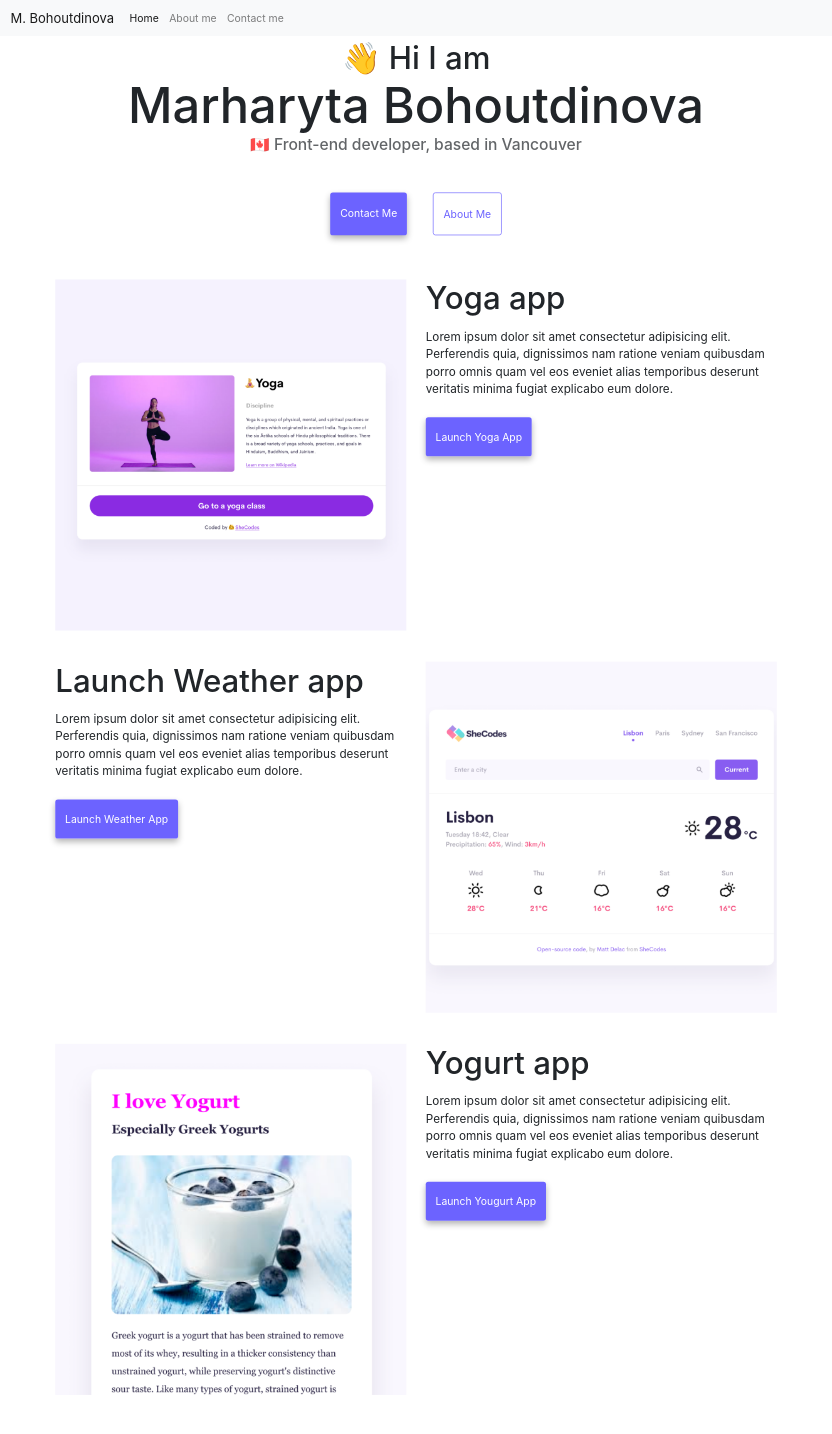
Repository: Bohoutdinova/Portfolio
Page: index.html
These files come from the project's save history. The page is drawn as it stood at one moment and after the next save; the edit follows.
The browser window is 1280 px wide. The pictures show the whole page, at 65% of full size.

Above is the page before, as saved 2022-08-09 16:12:35.

### index.html
<!DOCTYPE html>
<html lang="en">
  <head>
    <meta charset="UTF-8" />
    <meta http-equiv="X-UA-Compatible" content="IE=edge" />
    <meta name="viewport" content="width=device-width, initial-scale=1.0" />
    <title>Front-end developer Marharyta Bohoutdinova</title>
    <meta
      name="description"
      content="Marharyta Bohoutdinova is a front-end developer based in Canada, check out her projects and contact her for job inquiries"
    />
    <link
      rel="stylesheet"
      href="https://cdn.jsdelivr.net/npm/bootstrap@4.3.1/dist/css/bootstrap.min.css"
      integrity="sha384-ggOyR0iXCbMQv3Xipma34MD+dH/1fQ784/j6cY/iJTQUOhcWr7x9JvoRxT2MZw1T"
      crossorigin="anonymous"
    />
    <script
      src="https://code.jquery.com/jquery-3.3.1.slim.min.js"
      integrity="sha384-q8i/X+965DzO0rT7abK41JStQIAqVgRVzpbzo5smXKp4YfRvH+8abtTE1Pi6jizo"
      crossorigin="anonymous"
    ></script>
    <script
      src="https://cdn.jsdelivr.net/npm/popper.js@1.14.7/dist/umd/popper.min.js"
      integrity="sha384-UO2eT0CpHqdSJQ6hJty5KVphtPhzWj9WO1clHTMGa3JDZwrnQq4sF86dIHNDz0W1"
      crossorigin="anonymous"
    ></script>
    <script
      src="https://cdn.jsdelivr.net/npm/bootstrap@4.3.1/dist/js/bootstrap.min.js"
      integrity="sha384-JjSmVgyd0p3pXB1rRibZUAYoIIy6OrQ6VrjIEaFf/nJGzIxFDsf4x0xIM+B07jRM"
      crossorigin="anonymous"
    ></script>
    <link rel="stylesheet" href="/style.css" />
  </head>
  <body>
    <nav class="navbar navbar-expand-lg navbar-light bg-light fixed-top">
      <a class="navbar-brand" href="/index.html" title="Homepage"
        >M. Bohoutdinova</a
      >
      <button
        class="navbar-toggler"
        type="button"
        data-toggle="collapse"
        data-target="#navbarNavAltMarkup"
        aria-controls="navbarNavAltMarkup"
        aria-expanded="false"
        aria-label="Toggle navigation"
      >
        <span class="navbar-toggler-icon"></span>
      </button>
      <div class="collapse navbar-collapse" id="navbarNavAltMarkup">
        <div class="navbar-nav">
          <a
            class="nav-item nav-link active"
            href="/index.html"
            title="Homepage"
            >Home <span class="sr-only">(current)</span></a
          >
          <a
            class="nav-item nav-link"
            href="/about.html"
            title="About M. Bohoutdinova"
            >About me</a
          >
          <a
            class="nav-item nav-link"
            href="/about.html#contact"
            title="Contact with M. Bohoutdinova"
            >Contact me</a
          >
        </div>
      </div>
    </nav>
    <h2>👋 Hi I am</h2>
    <h1>Marharyta Bohoutdinova</h1>
    <h3>🇨🇦 Front-end developer, based in Vancouver</h3>
    <div class="navigation-links">
      <a
        href="about.html#contact"
        class="contact-link"
        title="Contact with M. Bohoutdinova"
        >Contact me</a
      >
      <a href="about.html" class="about-link" title="About M. Bohoutdinova"
        >About me</a
      >
    </div>
    <div class="container">
      <div class="row">
        <div class="col-md-6">
          <img src="/images/yoga.png" class="img-fluid" alt="Yoga" />
        </div>
        <div class="col-md-6">
          <h2 class="mb-3 yogaheader">Yoga app</h2>
          <p>
            Lorem ipsum dolor sit amet consectetur adipisicing elit. Perferendis
            quia, dignissimos nam ratione veniam quibusdam porro omnis quam vel
            eos eveniet alias temporibus deserunt veritatis minima fugiat
            explicabo eum dolore.
          </p>
          <div class="mt-5">
            <a href="#" class="yoga-link" title="Yoga App">Launch Yoga App</a>
          </div>
        </div>
      </div>
      <div class="row mt-5">
        <div class="col-md-6">
          <h2 class="mb-3 yogaheader">Launch Weather app</h2>
          <p>
            Lorem ipsum dolor sit amet consectetur adipisicing elit. Perferendis
            quia, dignissimos nam ratione veniam quibusdam porro omnis quam vel
            eos eveniet alias temporibus deserunt veritatis minima fugiat
            explicabo eum dolore.
          </p>
          <div class="mt-5">
            <a href="#" class="yoga-link" title="Weather App"
              >Launch Weather app</a
            >
          </div>
        </div>
        <div class="col-md-6">
          <img src="/images/weather.png" class="img-fluid" alt="Weather" />
        </div>
      </div>
      <div class="row mt-5">
        <div class="col-md-6">
          <img src="/images/yogurt.png" class="img-fluid" alt="Yogurt" />
        </div>
        <div class="col-md-6">
          <h2 class="mb-3 yogaheader">Yogurt app</h2>
          <p>
            Lorem ipsum dolor sit amet consectetur adipisicing elit. Perferendis
            quia, dignissimos nam ratione veniam quibusdam porro omnis quam vel
            eos eveniet alias temporibus deserunt veritatis minima fugiat
            explicabo eum dolore.
          </p>
          <div class="mt-5">
            <a href="#" class="yoga-link" title="Yougurt app"
              >Launch Yougurt app</a
            >
          </div>
        </div>
      </div>
    </div>
  </body>
</html>

### style.css
:root {
  --primary-color: #6c63ff;
  --secondary-color: #f5f2fe;
  --box-shadow: 0 5px 10px rgba(0, 0, 0, 0.3);
}

body {
  margin: 60px auto;
}

h1,
h2,
h3 {
  text-align: center;
  margin: 0;
}

h1 {
  font-size: 75px;
}

h2 {
  font-size: 48px;
}

h3 {
  font-size: 24px;
  opacity: 0.7;
}

p {
  border-radius: 4px;
  font-size: 18px;
  line-height: 1.5;
}

.navigation-links {
  display: flex;
  margin: 40px 0 48px 0;
  justify-content: center;
}

.navigation-links a {
  margin: 20px;
  border-radius: 4px;
  padding: 20px 15px;
  text-decoration: none;
  text-transform: capitalize;
}

.contact-link {
  background: var(--primary-color);
  box-shadow: var(--box-shadow);
  color: white;
}

.about-link {
  color: var(--primary-color);
  border: 1px solid var(--primary-color);
}

.homepage-link {
  color: var(--primary-color);
  text-align: center;
  display: block;
}

.about-paragraphs p {
  margin: 10px 30px;
  text-align: center;
}

.email-link {
  display: flex;
  justify-content: center;
  color: var(--primary-color);
  font-size: 28px;
  text-decoration: none;
}

.email-link:hover {
  text-decoration: underline;
}
.yogaheader {
  text-align: left;
  margin: 0;
}
.yoga-link {
  background: var(--primary-color);
  box-shadow: var(--box-shadow);
  color: white;
  border-radius: 4px;
  padding: 20px 15px;
  text-decoration: none;
  text-transform: capitalize;
}
.yoga-link:hover {
  text-decoration: none;
}

After the next save:
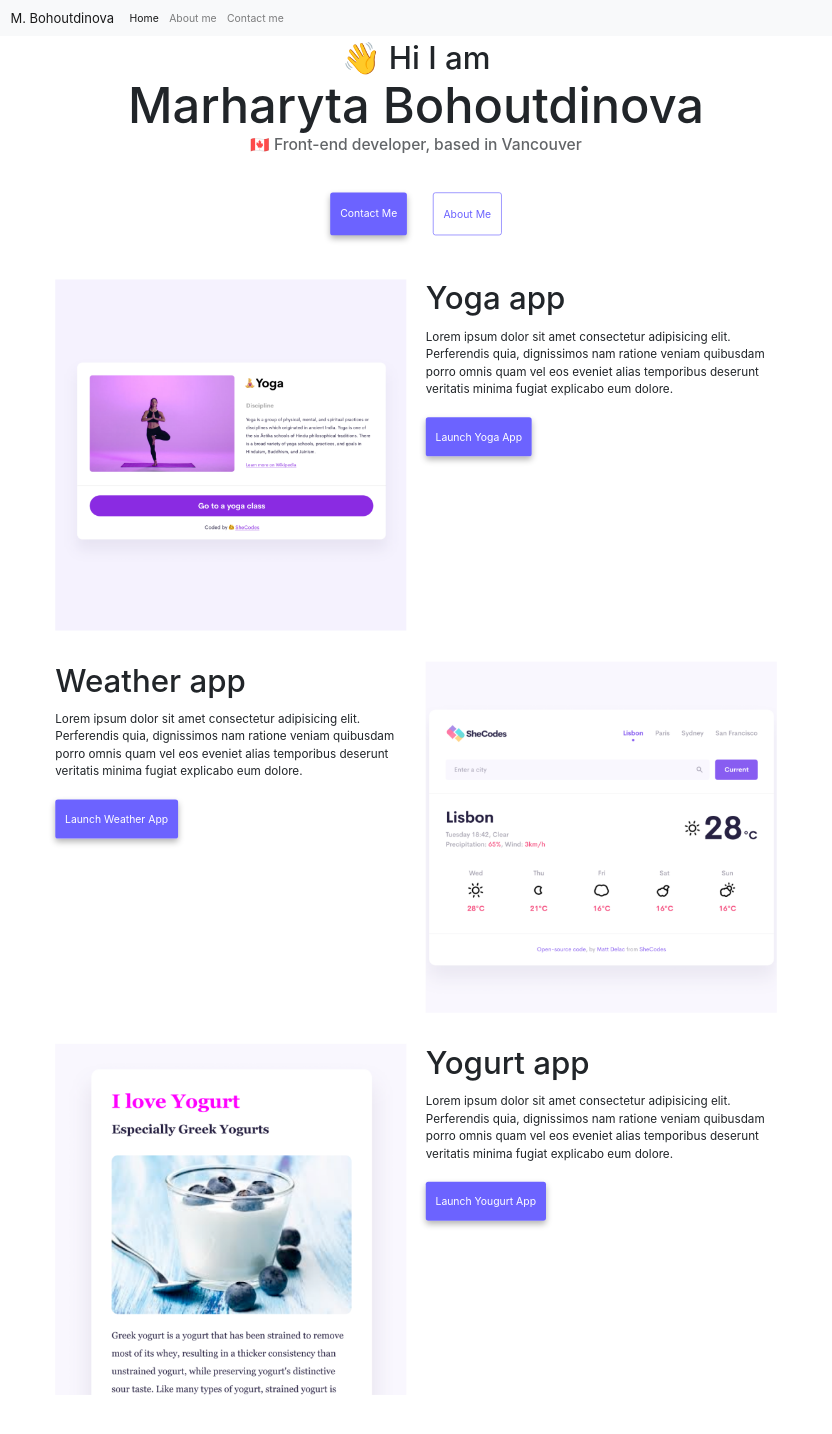
Saved 27 s later.
--- a/index.html
+++ b/index.html
@@ -105,7 +105,7 @@
       </div>
       <div class="row mt-5">
         <div class="col-md-6">
-          <h2 class="mb-3 yogaheader">Launch Weather app</h2>
+          <h2 class="mb-3 yogaheader">Weather app</h2>
           <p>
             Lorem ipsum dolor sit amet consectetur adipisicing elit. Perferendis
             quia, dignissimos nam ratione veniam quibusdam porro omnis quam vel
@@ -114,7 +114,7 @@
           </p>
           <div class="mt-5">
             <a href="#" class="yoga-link" title="Weather App"
-              >Launch Weather app</a
+              >Launch Weather App</a
             >
           </div>
         </div>
